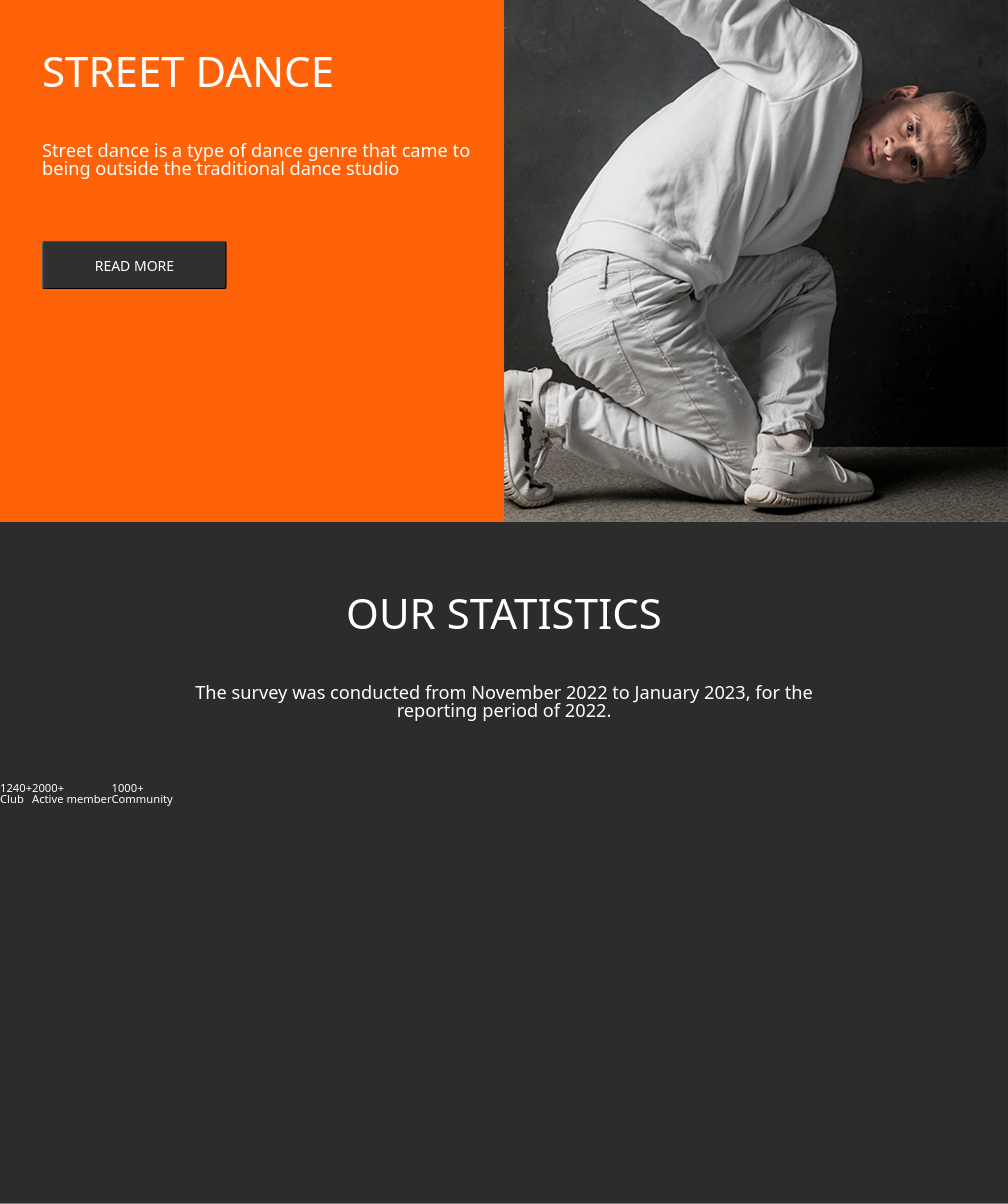
Repository: KinD2704/Web-University
Page: Bai30/index.html
An editor plug-in stored every save of this project. The page is shown before and after the next save, followed by the edit.
The browser window is 1280 px wide. The page is 1440 px wide, so the pictures cover 1440 px, including what lies to the right of the window. The pictures show the part of the page from y = 3928 to 5648 px (the page is 5648 px tall), at 70% of full size.

Above is the page before, as saved 2023-12-23 22:06:02.

### Bai30/index.html
<!DOCTYPE html>
<html lang="en">
    <head>
        <meta charset="UTF-8" />
        <meta name="viewport" content="width=device-width, initial-scale=1.0" />
        <title>les 30 percent</title>
        <link rel="stylesheet" href="css/reset.css" />
        <link rel="stylesheet" href="css/global.css">
        <link rel="stylesheet" href="css/styles.css" />
    </head>
    <body>
        <!-- Header -->
        <header>
            <div class="container">
                <div>
                    <img src="img/logo.png" alt="logo" class="logo1" />
                </div>
                <div>
                    <ul>
                        <li><a href="#!">HOME</a></li>
                        <li><a href="#!">PRODUCT</a></li>
                        <li><a href="#!">FEEDBACK</a></li>
                        <li><a href="#!">ABOUT</a></li>
                        <li><a href="#!">CONTACT</a></li>
                    </ul>
                </div>
                <div>
                    <img src="img/search.png" alt="search" class="search" />
                </div>
            </div>
        </header>

        <div class="banner1"></div>
        <div class="banner2">
            <div class="banner2__container">
                <div class="banner2__text banner2__text1">
                    <p>Dance Tour</p>
                </div>
                <div class="banner2__text banner2__text2">
                    <p>
                        Lorem ipsum dolor sit amet, consectetur adipiscing elit.
                        Vivamus lacinia odio vitae vestibulum vestibulum.
                    </p>
                </div>
                <div class="banner2__item">
                    <div class="banner2__item1">
                        <img src="img/item1.png" alt="" />
                        <p>AMERICA</p>
                        <p>
                            Lorem ipsum dolor sit amet, consectetur adipiscing
                            elit.
                        </p>
                    </div>
                    <div class="banner2__item1">
                        <img src="img/item2.png" alt="" />
                        <p>ASIA</p>
                        <p>
                            Lorem ipsum dolor sit amet, consectetur adipiscing
                            elit.
                        </p>
                    </div>
                    <div class="banner2__item1">
                        <img src="img/item3.png" alt="" />
                        <p>AUSTRALIA</p>
                        <p>
                            Lorem ipsum dolor sit amet, consectetur adipiscing
                            elit.
                        </p>
                    </div>
                </div>
            </div>
        </div>
        <div class="banner3">
            <div class="banner2__container">
                <div class="banner2__text banner2__text1">
                    <p>Dance Tour</p>
                </div>
                <div class="banner2__text banner2__text2">
                    <p>
                        Lorem ipsum dolor sit amet, consectetur adipiscing elit.
                        Vivamus lacinia odio vitae vestibulum vestibulum.
                    </p>
                </div>
                <div class="banner2__item">
                    <div class="banner3__item1">
                        <div class="imgBasic"><img src="img/basic.png" alt=""></div>
                        <p>basic</p>
                        <p>Lorem ipsum dolor sit amet, consectetur adipiscing elit</p>
                        <div class="bannerBtn"><button>$150.00</button></div>
                    </div>
                    <div class="banner3__item1">
                        <div class="imgBasic"><img src="img/basic.png" alt="" /></div>
                        <p>Professional</p>
                        <p>Lorem ipsum dolor sit amet, consectetur adipiscing elit</p>
                        <div class="bannerBtn"><button>$200.00</button></div>
                    </div>
                    <div class="banner3__item1">
                        <div class="imgBasic"><img src="img/basic.png" alt="" /></div>
                        <p>Ultimate</p>
                        <p>Lorem ipsum dolor sit amet, consectetur adipiscing elit</p>
                        <div class="bannerBtn"><button>$250.00</button></div>
                    </div>
                </div>
        </div>
        <div class="banner4">
            <div class="banner4__container">
                <div class="banner4__item1">
                    <img src="img/anh-banner4.png" alt="">
                </div>
                <div class="banner4__item2">
                    <p class="p1">BREAKING DANCE</p>
                    <p class="p2">the dancers who perform it. Breaking is popular in many places, but many people do not understand it </p>
                    <div class="bannerBtn"><button class="banner5-Btn">READ MORE</button></div>
                </div>

            </div>
        </div>
        <div class="banner5">
            <div class="banner5__container">
                <div class="banner5__item1">
                    <p class="p1">STREET DANCE</p>
                    <p class="p2">Street dance is a type of dance genre that came to being outside the traditional dance studio</p>
                    <div class="bannerBtn"><button class="banner5-Btn">READ MORE</button></div>
                </div>
                <div class="banner5__item2">
                    <img src="img/anh-banner5.png" alt="">
                </div>
            </div>
        </div>
        <div class="banner6">
            <div class="banner2__container">
                <div class="banner2__text banner2__text1">
                    <p class="text-up">Our Statistics</p>
                </div>
                <div class="banner2__text banner2__text2">
                    <p>
                        The survey was conducted from November 2022 to January
                        2023, for the reporting period of 2022.
                    </p>
                </div>
                <div class="banner6__item d-flex">
                    <div class="banner6__item1">
                        <p class="text-white">1240+</p>
                        <p class="text-white">Club</p>
                    </div>
                    <div class="banner6__item1">
                        <p class="text-white">2000+</p>
                        <p class="text-white">Active member</p>
                    </div>
                    <div class="banner6__item1">
                        <p class="text-white">1000+</p>
                        <p class="text-white">Community</p>
                    </div>
                </div>
        </div>
        <div class="banner7"></div>
        <div class="banner8"></div>
        <div class="banner9"></div>

        <!-- Footer -->
        <footer></footer>
    </body>
</html>

### Bai30/css/reset.css
article,
aside,
details,
figcaption,
figure,
footer,
header,
hgroup,
menu,
nav,
section {
    display: block;
}
body {
    line-height: 1;
}
ol,
ul {
    list-style: none;
}
blockquote,
q {
    quotes: none;
}
blockquote:before,
blockquote:after,
q:before,
q:after {
    content: "";
    content: none;
}
table {
    border-collapse: collapse;
    border-spacing: 0;
}

### Bai30/css/global.css
.text-up {
    text-transform: uppercase;
}
.d-flex {
    display: flex;
}
.text-white {
    color: white;
}

### Bai30/css/styles.css
* {
    margin: 0;
    padding: 0;
    font-family: system-ui, -apple-system, BlinkMacSystemFont, "Segoe UI",
        Roboto, Oxygen, Ubuntu, Cantarell, "Open Sans", "Helvetica Neue",
        sans-serif;
    box-sizing: border-box;
}
body {
    width: 1440px;
    margin: 0 auto;
}
/* Header */
header {
    position: fixed;
    width: 1440px;
    height: 103px;
    background-color: #303030;
}
.container {
    display: flex;
    justify-content: space-around;
    line-height: 103px;
}
.container .search {
    font-size: 28px;
    margin-top: 40px;
}
.container .logo1 {
    margin-top: 20px;
}
header ul li {
    display: inline-block;
}
header ul li a {
    text-decoration: none;
    color: #ffffff;
    font-size: 20px;
    margin: 0 20px;
    transition: 0.5s;
}
header ul li:hover a {
    color: orange;
}
/* banner 1 */
.banner1 {
    background-image: url("../img/banner1.png");
    height: 796px;
    background-repeat: no-repeat;
    background-size: cover;
    z-index: 0;
}
/* banner 2 */
.banner2 {
    background-image: url("../img/banner2.png");
    /* height: 974px; */
}
.banner2__container {
    padding: 100px 0;
}
.banner2__container .banner2__text p {
    color: #ffffff;
}

.banner2__item {
    display: flex;
    justify-content: space-evenly;
}
.banner2__text1 p {
    font-size: 60px;
    text-align: center;
    text-transform: uppercase;
}
.banner2__text2 p {
    font-size: 26px;
    text-align: center;
    width: 892px;
    margin: 0 auto;
    margin-top: 70px;
    margin-bottom: 90px;
}
/* item */
.banner2__item1 {
    background-image: url("/img/background-item.png");
    width: 372px;
    height: 493px;
}

.banner2__item1 p {
    color: #ffffff;
    width: 372px;
}
.banner2__item1 p:first-of-type {
    display: block;
    font-size: 30px;
    text-align: center;
    margin-top: 45px;
}
.banner2__item1 p:last-of-type {
    display: block;
    font-size: 18px;
    text-align: center;
    margin-bottom: 40px;
    margin-top: 20px;
}

/* banner3 */
.banner3 {
    background-image: url("../img/banner3.png");
    height: 974px;
}
.banner3__item1 {
    color: white;
    background-image: url("../img/background-item-1.png");
    width: 372px;
    height: 493px;
}
.banner3__item1 .imgBasic {
    width: 372px;
    text-align: center;
    margin: 60px auto;
}
.banner3__item1 p:first-of-type {
    display: block;
    font-size: 30px;
    text-align: center;
    text-transform: uppercase;
    margin-bottom: 30px;
}
.banner3__item1 p:last-of-type {
    display: block;
    font-size: 18px;
    text-align: center;
    margin-bottom: 30px;
}
.banner3__item1 .bannerBtn {
    margin: 0 auto;
    width: 372px;
    text-align: center;
}
.banner3__item1 button,
.banner5-Btn {
    height: 70px;
    width: 80%;
    text-align: center;
    color: white;
    background-color: #303030;
    border-radius: 5px;
    font-size: 20px;
    transition: 0.5s;
}
.bannerBtn:hover button,
.bannerBtn:hover .banner5-Btn {
    background-color: gold;
    cursor: pointer;
    color: sienna;
}
/* Banner 4 */
.banner4 {
    background-image: url("../img/banner4.png");
    height: 974px;
}
.banner4__container,
.banner5__container {
    display: flex;
}
.banner4__item1,
.banner4__item2,
.banner5__item1,
.banner5__item2 {
    flex-basis: 50%;
}
.banner4__item1 img,
.banner5__item2 img {
    width: 100%;
    height: 974px;
    object-fit: cover;
}
.banner4__item2,
.banner5__item1 {
    color: white;
    padding-left: 60px;
}
/* Banner 5 */
.banner5 {
    background-image: url("../img/banner5.png");
    height: 974px;
}
.banner5-Btn {
    width: 40%;
    margin-bottom: 270px;
}
.p1 {
    font-size: 60px;
    text-transform: uppercase;
    margin-top: 300px;
}
.p2 {
    font-size: 26px;
    margin: 0 auto;
    margin-top: 70px;
    margin-bottom: 90px;
}
/* banner 6 */
.banner6 {
    background-image: url("../img/banner6.png");
    height: 974px;
}

After the next save:
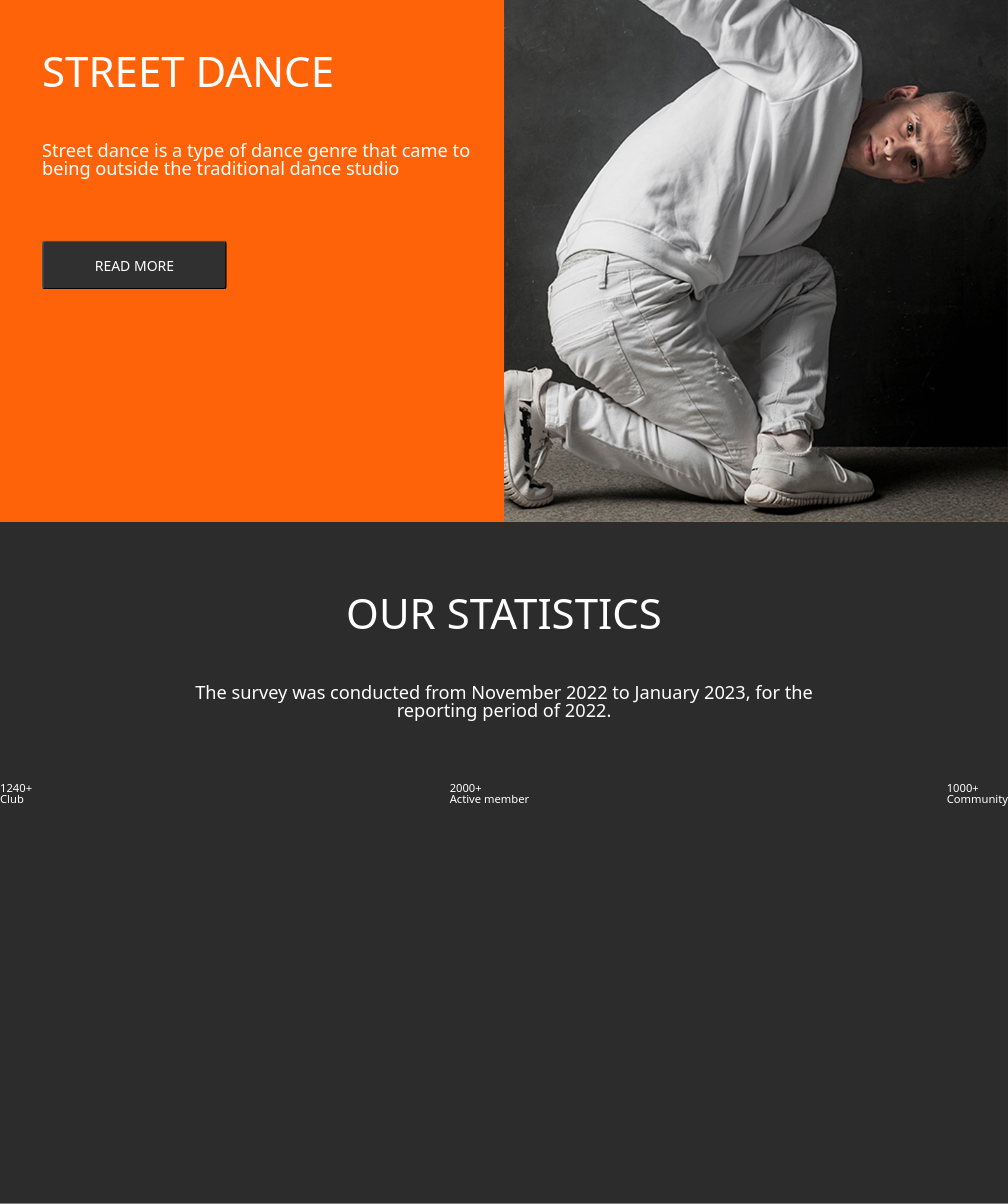
Saved 42 s later.
--- a/Bai30/index.html
+++ b/Bai30/index.html
@@ -138,7 +138,7 @@
                         2023, for the reporting period of 2022.
                     </p>
                 </div>
-                <div class="banner6__item d-flex">
+                <div class="banner6__item d-flex justify-space-beetween">
                     <div class="banner6__item1">
                         <p class="text-white">1240+</p>
                         <p class="text-white">Club</p>
--- a/Bai30/css/global.css
+++ b/Bai30/css/global.css
@@ -7,3 +7,6 @@
 .text-white {
     color: white;
 }
+.justify-space-beetween {
+    justify-content: space-between;
+}
